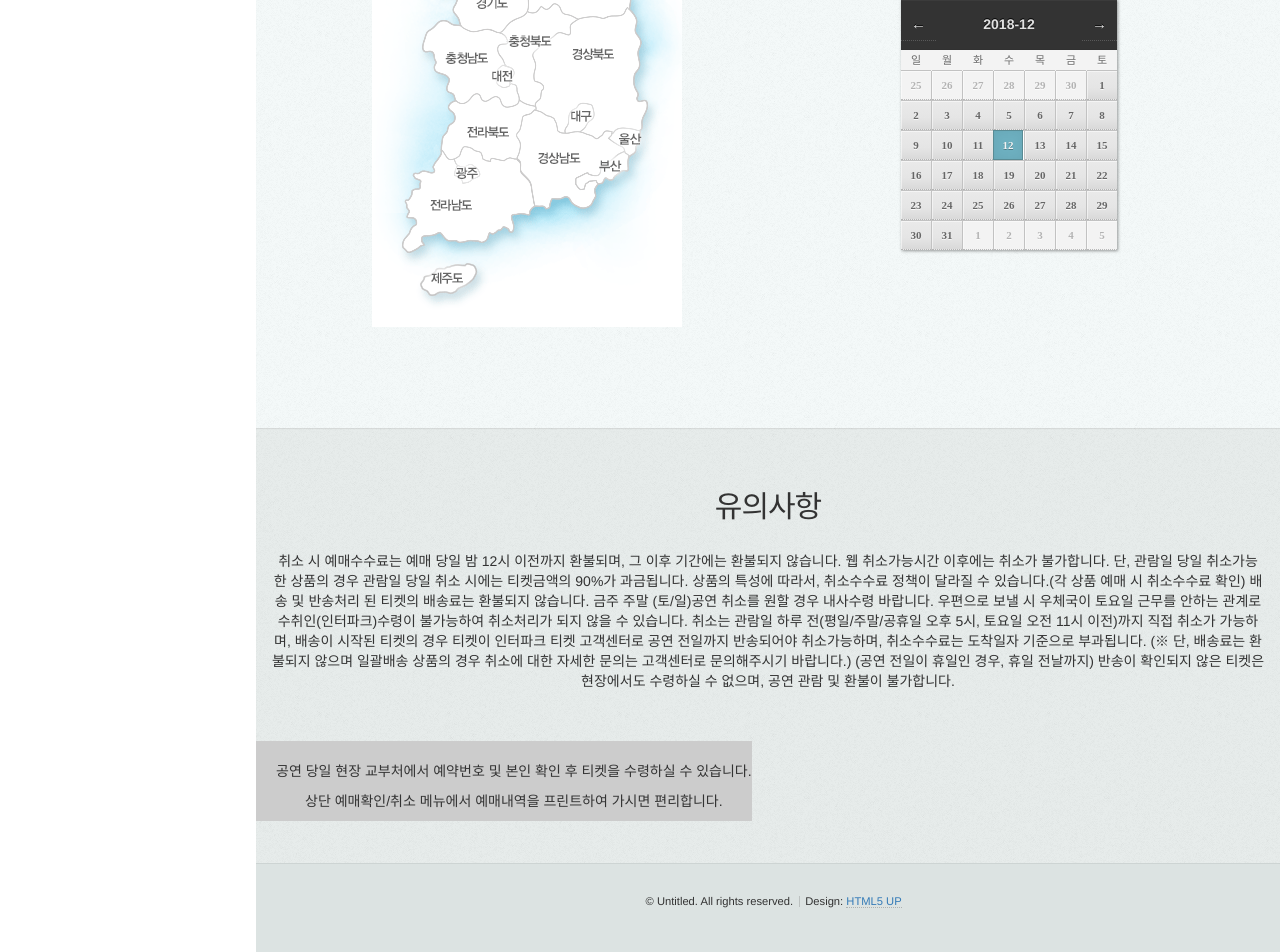
Repository: hj-jin/Theater
Page: http://localhost/SpringPRJ/WEB-INF/view/index.jsp
The author's editor kept a copy of each file at every save. The page is drawn from the files as they stood at one save, then again after the next save.
The browser window is 1280 px wide. The pictures show the part of the page from y = 721 to 1673 px (the page is 1673 px tall).
Some web fonts or font styles are not loaded; a fallback is used. Some web libraries are served in a nearby version. The page is served by Tomcat 9. Nobody is signed in. Other server files are loaded and not shown. The template is opened directly, without the code that normally fills it, so the values that code supplies are empty.

Above is the page before, as saved 2018-12-12 04:09:46.

### SpringPRJ/WebContent/WEB-INF/view/index.jsp
<%@ page language="java" contentType="text/html; charset=UTF-8"
    pageEncoding="UTF-8"%>
<%
	String elem = (String)request.getAttribute("elem");
%>
<html>
<!DOCTYPE HTML>
<!--
	Prologue by HTML5 UP
	html5up.net | @ajlkn
	Free for personal and commercial use under the CCA 3.0 license (html5up.net/license)
-->
<html>
		<!-- head -->
		<%@ include file="/WEB-INF/view/Head.jsp" %>
		<style>
		.Con_ST {
		    position: relative;
		    display: block;
		    width: 100%;
		    height: 328px;
		    overflow: hidden;
		    background: url(http://ticketimage.interpark.com/TicketImage/main/100506_sub/bg_t_play.jpg) top left no-repeat;
		}
		.Con_ST .wrap_Tview {
		    position: relative;
		    width: 900px;
		    margin-top: 44px;
		    margin-left: 56px;
		    display: block;
		}
		dl.Tview {
		    position: relative;
		    float: left;
		    width: 129px;
		    margin: 0 6px;
		    display: inline;
		    overflow: hidden;
		}
		dl.Tview dt.Tposter {
		    position: relative;
		    width: 129px;
		    height: 161px;
		}
		dl.Tview dt.Tposter a {
		    width: 129px;
		    height: 161px;
		    display: inline-block;
		}
		dl.Tview dt.Tposter .info {
		    position: absolute;
		    z-index: 10;
		    top: 118px;
		    left: 3px;
		    width: 123px;
		    height: 35px;
		    background: url(http://ticketimage.interpark.com/TicketImage/main/100506_sub/tp_bg_info.png);
		    cursor: pointer;
		}
		dl.Tview dt.Tposter .info .txt1 {
		    display: block;
		    color: #e7e7e7;
		    text-align: center;
		    font-size: 11px;
		    margin-top: 5px;
		    height: 13px;
		    overflow: hidden;
		}
		dl.Tview dt.Tposter .info .txt2 {
		    display: block;
		    color: #ffcfce;
		    text-align: center;
		    font-size: 11px;
		    margin-top: 0;
		    height: 14px;
		    overflow: hidden;
		}
		dl.Tview dd {
		    position: relative;
		    color: #fff;
		    text-align: center;
		    font-size: 11px;
		}
		dl.Tview dd span.txt1 {
		    display: block;
		    width: 129px;
		    height: 14px;
		    color: #FFF;
		    text-align: center;
		    font-size: 12px;
		    font-weight: bold;
		    letter-spacing: -0.1em;
		    overflow: hidden;
		    margin-top: 7px;
		}
		dl.Tview dd span.txt2 {
		    display: block;
		    color: #a0a0a0;
		    text-align: center;
		    font-size: 11px;
		    margin-top: 3px;
		    letter-spacing: -0.1em;
		    height: 12px;
		    overflow: hidden;
		}
		dl.Tview dd span.txt3 {
		    display: block;
		    color: #a0a0a0;
		    text-align: center;
		    font-size: 11px;
		    font-family: arial;
		    letter-spacing: 0;
		    height: 11px;
		    overflow: hidden;
		}

		</style>
		</head>
		<!-- head -->

		<!-- top -->
		<%@ include file="/WEB-INF/view/top.jsp" %>
		<!-- top -->


		<!-- Main -->
			<div id="main">

				<!-- Intro -->
					<section id="top" class="one dark cover" >
							<div class="Con_ST">
								<%=elem %>
							</div>
					</section>

				<!-- Portfolio -->
					<section id="portfolio" class="two">
						<div class="container">
							<header>
								<h3>지역별  / 날짜별 검색</h3>
							</header>
							<div class="col-sm-12">
								<div class="col-sm-6">
									<%@ include file="/WEB-INF/view//local/localSelect.jsp" %>
								</div>
								<div class="col-sm-6">
								<%@ include file="/WEB-INF/view//cal/calSelect.jsp" %>
								</div>

							</div>

						</div>
					</section>

				<!-- About Me -->
					<!-- <section id="about" class="three">
						<div class="container">

							<header>
								<h3>홍보 배너</h3>
							</header>


						</div>
					</section> -->

				<!-- Contact -->
					<section id="contact" class="four">
						<div class="container">

							<header>
								<h2>유의사항</h2>
							</header>

							<p>취소 시 예매수수료는 예매 당일 밤 12시 이전까지 환불되며, 그 이후 기간에는 환불되지 않습니다.
웹 취소가능시간 이후에는 취소가 불가합니다.
 단, 관람일 당일 취소가능 한 상품의 경우 관람일 당일 취소 시에는 티켓금액의 90%가 과금됩니다.
상품의 특성에 따라서, 취소수수료 정책이 달라질 수 있습니다.(각 상품 예매 시 취소수수료 확인)
배송 및 반송처리 된 티켓의 배송료는 환불되지 않습니다.
금주 주말 (토/일)공연 취소를 원할 경우 내사수령 바랍니다. 우편으로 보낼 시 우체국이 토요일 근무를 안하는 관계로 수취인(인터파크)수령이 불가능하여 취소처리가 되지 않을 수 있습니다.
취소는 관람일 하루 전(평일/주말/공휴일 오후 5시, 토요일 오전 11시 이전)까지 직접 취소가 가능하며, 배송이 시작된 티켓의 경우 티켓이 인터파크 티켓 고객센터로 공연 전일까지 반송되어야 취소가능하며, 취소수수료는 도착일자 기준으로 부과됩니다.
(※ 단, 배송료는 환불되지 않으며 일괄배송 상품의 경우 취소에 대한 자세한 문의는 고객센터로 문의해주시기 바랍니다.)
(공연 전일이 휴일인 경우, 휴일 전날까지) 반송이 확인되지 않은 티켓은 현장에서도 수령하실 수 없으며, 공연 관람 및 환불이 불가합니다.
<br />
<br />
<br />
<br />


</p>

								<div class="row">
									<div style="background-color:#cccccc">
										<p>
										공연 당일 현장 교부처에서 예약번호 및 본인 확인 후 티켓을 수령하실 수 있습니다.
										</p>
										<p>
											상단 예매확인/취소 메뉴에서 예매내역을 프린트하여 가시면 편리합니다.
										</p>
									</div>
								</div>

						</div>
					</section>

			</div>

		<!-- bottom -->

		<%@ include file="/WEB-INF/view/bottom.jsp" %>


	</body>
</html>

### SpringPRJ/WebContent/WEB-INF/view/Head.jsp
<%@page import="poly.util.CmmUtil"%>
<%@ page language="java" contentType="text/html; charset=UTF-8"
    pageEncoding="UTF-8"%>

		<head>
			<title>main</title>
			<meta charset="utf-8" />
			<meta name="viewport" content="width=device-width, initial-scale=1, user-scalable=no" />
			<link rel="stylesheet" href="/assets/css/main.css" />

		 	<!-- 부트스트랩 -->
			<!-- 합쳐지고 최소화된 최신 CSS -->
			<link rel="stylesheet" href="https://maxcdn.bootstrapcdn.com/bootstrap/3.3.2/css/bootstrap.min.css">
			<!-- 부가적인 테마 -->
			<link rel="stylesheet" href="https://maxcdn.bootstrapcdn.com/bootstrap/3.3.2/css/bootstrap-theme.min.css">
			<!-- jQuery (부트스트랩의 자바스크립트 플러그인을 위해 필요합니다) -->
			<script src="https://ajax.googleapis.com/ajax/libs/jquery/1.11.2/jquery.min.js">
			<!-- 합쳐지고 최소화된 최신 자바스크립트 -->
			<script src="https://maxcdn.bootstrapcdn.com/bootstrap/3.3.2/js/bootstrap.min.js"></script>
			<!-- 부트스트랩 -->

			<%
				String userSeq = CmmUtil.nvl((String)session.getAttribute("userSeq"));
				String email = CmmUtil.nvl((String)session.getAttribute("email"));
				String name = CmmUtil.nvl((String)session.getAttribute("name"));
				String hp = CmmUtil.nvl((String)session.getAttribute("hp"));
				String birth = CmmUtil.nvl((String)session.getAttribute("birth"));
				String gender = CmmUtil.nvl((String)session.getAttribute("gender"));
			%>

### SpringPRJ/WebContent/WEB-INF/view/top.jsp
<%@ page language="java" contentType="text/html; charset=UTF-8"
    pageEncoding="UTF-8"%>

		<body class="is-preload">


		<!-- Header -->
			<div id="header">

				<div class="top">

					<!-- Logo -->
						<div id="logo" onclick="location.href='/main.do'">
							<span class="image avatar48"><img src="/assets/images/avatar.jpg" alt="" /></span>
							<h1 id="title">LOGO</h1>
							<p>Hyperspace Engineer</p>
						</div>

					<!-- Nav -->
						<nav id="nav" style="position:relative;">
							<ul>
								<li style="height:50px;">
									<%if(session.getAttribute("userSeq") != null){ %>
										<p><%=session.getAttribute("name") %>님
										<button type="button" class="btn btn-default" onclick="location.href='/user/Logout.do'">로그아웃</button></p>
									<%}else{ %>
										<a href="" id="contact-link"><span class="icon fa-envelope">로그인</span></a>
										<!-- 로그인 클릭  -->
										<div style="width:100%; cursor:pointer; border:1px solid #cccccc; background-color:rgba(255,255,255,0); position:absolute; height:50px; top:0px;" onclick="location.href='/user/userLogin.do'">
										&nbsp;
										</div>
									<%} %>
								</li>
								<li style="height:50px;"><a href="#top" id="top-link"><span class="icon fa-home">지역/날짜별 검색</span></a></li>
								<li style="height:50px;"><a href="" id="portfolio-link"><span class="icon fa-th">자막제공</span></a></li>
								<li style="height:50px;"><a href="#about" id="about-link"><span class="icon fa-user">공연장</span></a></li>
								<li style="height:50px;"><a href="" id="contact-link"><span class="icon fa-user">게시판</span></a></li>
								<li style="height:50px;"><a href="" id="contact-link"><span class="icon fa-user">회원목록</span></a></li>
							</ul>


							<!-- 지역/날짜 별 클릭  -->
							<div style="width:100%; cursor:pointer; border:1px solid #cccccc; background-color:rgba(255,255,255,0); position:absolute; height:50px; bottom:200px;" onclick="location.href='/main.do'">
							&nbsp;
							</div>
							<!-- 자막제공 클릭  -->
							<div style="width:100%; cursor:pointer; border:1px solid #cccccc; background-color:rgba(255,255,255,0); position:absolute; height:50px; bottom:150px;" onclick="location.href='/speech/speechGetText.do'">
							&nbsp;
							</div>
							<!-- 공연장 클릭  -->
							<div style="width:100%; cursor:pointer; border:1px solid #cccccc; background-color:rgba(255,255,255,0); position:absolute; height:50px; bottom:100px;" onclick="location.href='/theater/theaterSelect.do'">
							&nbsp;
							</div>
							<!-- 게시판 클릭  -->
							<div style="width:100%; cursor:pointer; border:1px solid #cccccc; background-color:rgba(255,255,255,0); position:absolute; height:50px; bottom:50px;" onclick="location.href='/notice/noticeList.do'">
							&nbsp;
							</div>
							<!-- 회원목록 클릭  -->
							<div style="width:100%; cursor:pointer; border:1px solid #cccccc; background-color:rgba(255,255,255,0); position:absolute; height:50px; bottom:0px;" onclick="location.href='/user/userList.do'">
							&nbsp;
							</div>

						</nav>

				</div>

				<div class="bottom">

					<!-- Social Icons -->
						<ul class="icons">
							<li><a href="#" class="icon fa-twitter"><span class="label">Twitter</span></a></li>
							<li><a href="#" class="icon fa-facebook"><span class="label">Facebook</span></a></li>
							<li><a href="#" class="icon fa-github"><span class="label">Github</span></a></li>
							<li><a href="#" class="icon fa-dribbble"><span class="label">Dribbble</span></a></li>
							<li><a href="#" class="icon fa-envelope"><span class="label">Email</span></a></li>
						</ul>

				</div>
			</div>



			 <!-- Scripts -->
			<script src="/assets/js/jquery.min.js"></script>
			<script src="/assets/js/jquery.scrolly.min.js"></script>
			<script src="/assets/js/jquery.scrollex.min.js"></script>
			<script src="/assets/js/browser.min.js"></script>
			<script src="/assets/js/breakpoints.min.js"></script>
			<script src="/assets/js/util.js"></script>
			<script src="/assets/js/main.js"></script>

### SpringPRJ/WebContent/WEB-INF/view/local/localSelect.jsp
<%@ page language="java" contentType="text/html; charset=UTF-8"
    pageEncoding="UTF-8"%>
<!DOCTYPE html PUBLIC "-//W3C//DTD HTML 4.01 Transitional//EN" "http://www.w3.org/TR/html4/loose.dtd">


<div>
<img src="/assets/images/locMap.gif" usemap="#LeftAreaMap">
	<map name="LeftAreaMap" id="LeftAreaMap">
		<area name="rect" coords="97,112,117,121" href="/local/localSelect.do?sidoCode=11"><!-- 서울11 o-->
		<area name="rect" coords="171,100,246,144" href="/local/localSelect.do?sidoCode=42"><!-- 강원 42-->
		<area name="rect" coords="58,101,83,118" href="/local/localSelect.do?sidoCode=28"><!-- 인천 28-->
		<area name="rect" coords="98,135,139,152" href="/local/localSelect.do?sidoCode=41"><!-- 경기 41 o-->
		<area name="rect" coords="134,171,181,191" href="/local/localSelect.do?sidoCode=43"><!-- 충북 43 -->
		<area name="rect" coords="70,187,117,203" href="/local/localSelect.do?sidoCode=44"><!-- 충남 44-->
		<area name="rect" coords="121,209,145,226" href="/local/localSelect.do?sidoCode=30"><!-- 대전30 o-->
		<area name="rect" coords="194,183,255,210" href="/local/localSelect.do?sidoCode=47"><!-- 경북 47-->
		<area name="rect" coords="196,246,221,265" href="/local/localSelect.do?sidoCode=27"><!-- 대구 27 o-->
		<area name="rect" coords="243,270,269,288" href="/local/localSelect.do?sidoCode=31"><!-- 울산 31 -->
		<area name="rect" coords="224,296,253,320" href="/local/localSelect.do?sidoCode=26"><!-- 부산 26 o-->
		<area name="rect" coords="163,286,209,305" href="/local/localSelect.do?sidoCode=48"><!-- 경남 48 o 창원 -->
		<area name="rect" coords="93,260,144,283" href="/local/localSelect.do?sidoCode=45"><!-- 전북 45 o 전주-->
		<area name="rect" coords="83,303,108,320" href="/local/localSelect.do?sidoCode=29"><!-- 광주 29 o -->
		<area name="rect" coords="54,335,110,370" href="/local/localSelect.do?sidoCode=46"><!-- 전남 46-->
		<area name="rect" coords="55,410,101,427" href="/local/localSelect.do?sidoCode=50"><!-- 제주 50 o -->

	</map>
</div>

### SpringPRJ/WebContent/WEB-INF/view/cal/calSelect.jsp
<%@page import="java.util.Calendar"%>
<%@ page language="java" contentType="text/html; charset=UTF-8"
    pageEncoding="UTF-8"%>
<!DOCTYPE html PUBLIC "-//W3C//DTD HTML 4.01 Transitional//EN" "http://www.w3.org/TR/html4/loose.dtd">

	<link rel="stylesheet" href="/assets/css/calStyle.css"/>
	<script type="text/javascript" src="/assets/js/calendar.js"></script>

	<div class="jquery-calendar"></div>
	<script>
	function day(){
		var year = $('table.cal>caption').find('span.month').text();
		var day = $('table.cal>tbody>tr').find('td.active').text();

		if(day < 10){
			day = '0' + day;
		}
		year = year.replace("-","");

		var stdate = year + day ;
//		alert("stdate() : " + stdate);
		location.href="/cal/calSelect.do?stdate=" +stdate;
	}
	</script>

### SpringPRJ/WebContent/WEB-INF/view/bottom.jsp
<%@ page language="java" contentType="text/html; charset=UTF-8"
    pageEncoding="UTF-8"%>


   	 <!-- Footer -->
			<div id="footer">

				<!-- Copyright -->
					<ul class="copyright">
						<li>&copy; Untitled. All rights reserved.</li><li>Design: <a href="http://html5up.net">HTML5 UP</a></li>
					</ul>

			</div>

### SpringPRJ/src/poly/util/CmmUtil.java
package poly.util;

public class CmmUtil {
	public static String nvl(String str, String chg_str) {
		String res;

		if (str == null) {
			res = chg_str;
		} else if (str.equals("")) {
			res = chg_str;
		} else {
			res = str;
		}
		return res;
	}

	public static String nvl(String str){
		return nvl(str,"");
	}

	public static String checked(String str, String com_str){
		if(str.equals(com_str)){
			return " checked";
		}else{
			return "";
		}
	}

	public static String checked(String[] str, String com_str){
		for(int i=0;i<str.length;i++){
			if(str[i].equals(com_str))
				return " checked";
		}
		return "";
	}

	public static String select(String str,String com_str){
		if(str.equals(com_str)){
			return " selected";
		}else{
			return "";
		}
	}
}

### SpringPRJ/WebContent/assets/css/calStyle.css
.picker-container {
position: absolute;
z-index: 99;

}


.cal {
background-color: white;
display: block;
width: 216px;
-webkit-box-shadow: 1px 1px 3px rgba(0, 0, 0, 0.4);
box-shadow: 1px 1px 3px rgba(0, 0, 0, 0.4);
border-collapse: collapse;
border-spacing: 0;
}

.cal a {
text-decoration: none;
}

.cal tr, .cal th, .cal td {
margin: 0;
padding: 0;
border: 0;
font-size: 100%;
font: inherit;
vertical-align: baseline;
}

.cal caption {
line-height: 32px;
font-weight: bold;
color: #e2e2e2;
text-align: center;
text-shadow: 0 -1px black;
background: #333;
//background: rgba(0, 0, 0, 0.35);
border-top: 1px solid #333;
border-bottom: 1px solid #313131;
-webkit-box-shadow: inset 0 1px rgba(255, 255, 255, 0.04);
box-shadow: inset 0 1px rgba(255, 255, 255, 0.04);
}
.cal caption a {
display: block;
line-height: 32px;
padding: 0 10px;
font-size: 15px;
color: #e2e2e2;
}
.cal caption a:hover {
color: white;
}
.cal caption .prev {
float: left;
}
.cal caption .next {
float: right;
}
.cal th, .cal td {
width: 30px;
text-align: center;
text-shadow: 0 1px rgba(255, 255, 255, 0.8);
font-family:'malgun gothic';
}
.cal th:first-child, .cal td:first-child {
border-left: 0;
}
.cal th {
line-height: 20px;
font-size: 11px;
color: #696969;
text-transform: uppercase;
background: #f3f3f3;
border-left: 1px solid #f3f3f3;
}
.cal td {
font-size: 11px;
font-weight: bold;
border-top: 1px solid #c2c2c2;
border-left: 1px solid #c2c2c2;
}
.cal td a {
clear: both;
display: block;
position: relative;
width: 30px;
line-height: 28px;
color: #666;
background-image: -webkit-linear-gradient(top, #eaeaea, #e5e5e5 60%, #d9d9d9);
background-image: -moz-linear-gradient(top, #eaeaea, #e5e5e5 60%, #d9d9d9);
background-image: -o-linear-gradient(top, #eaeaea, #e5e5e5 60%, #d9d9d9);
background-image: linear-gradient(to bottom, #eaeaea, #e5e5e5 60%, #d9d9d9);
-webkit-box-shadow: inset 1px 1px rgba(255, 255, 255, 0.5);
box-shadow: inset 1px 1px rgba(255, 255, 255, 0.5);
}
.cal td a:hover, .cal td.off a {
background: #f3f3f3;
}
.cal td.off a {
color: #b3b3b3;
}
.cal td.active a, .cal td a:active {
margin: -1px;
color: #f3f3f3;
text-shadow: 0 1px rgba(0, 0, 0, 0.3);
background: #6dafbf;
border: 1px solid #598b94;
-webkit-box-shadow: inset 0 0 10px rgba(0, 0, 0, 0.05);
box-shadow: inset 0 0 10px rgba(0, 0, 0, 0.05);
}
.cal td.active:first-child a, .cal td:first-child a:active {
border-left: 0;
margin-left: 0;
}
.cal td.active:last-child a, .cal td:last-child a:active {
border-right: 0;
margin-right: 0;
}
.cal tr:last-child td.active a, .cal tr:last-child td a:active {
border-bottom: 0;
margin-bottom: 0;
}

Loaded but not shown: SpringPRJ/WebContent/assets/js/jquery.min.js (library); SpringPRJ/WebContent/assets/js/jquery.scrolly.min.js (common file); SpringPRJ/WebContent/assets/css/font-awesome.min.css (library); SpringPRJ/WebContent/assets/js/jquery.scrollex.min.js (common file); SpringPRJ/WebContent/assets/js/browser.min.js (common file); SpringPRJ/WebContent/assets/js/breakpoints.min.js (common file); SpringPRJ/WebContent/assets/js/util.js (587 lines, source omitted); SpringPRJ/WebContent/assets/js/calendar.js (187 lines, source omitted); SpringPRJ/WebContent/assets/js/main.js (123 lines, source omitted); SpringPRJ/WebContent/assets/css/main.css (2611 lines, source omitted)

After the next save:
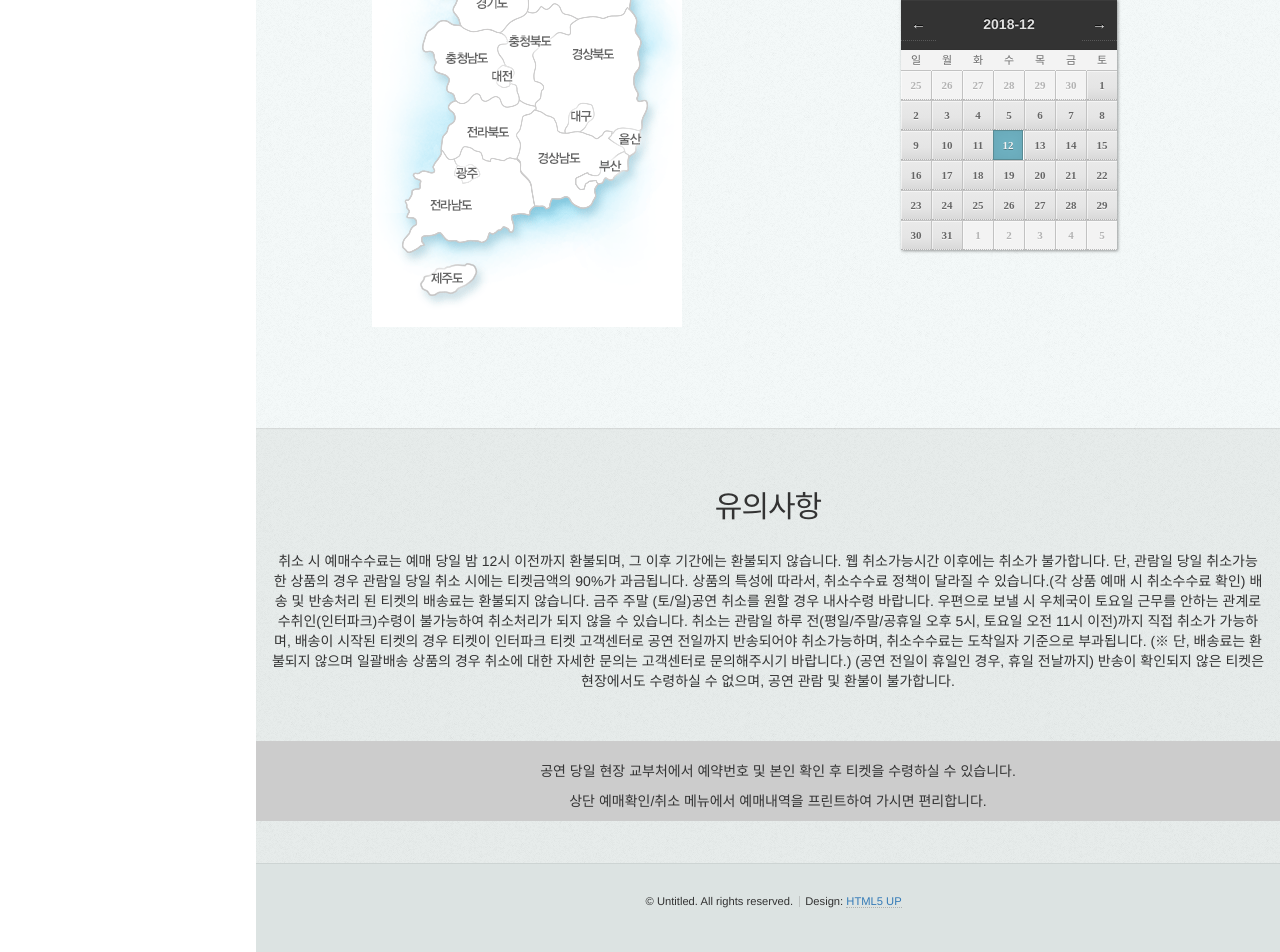
Saved 16 s later.
--- a/SpringPRJ/WebContent/WEB-INF/view/index.jsp
+++ b/SpringPRJ/WebContent/WEB-INF/view/index.jsp
@@ -190,7 +190,7 @@
 </p>
 
 								<div class="row">
-									<div style="background-color:#cccccc">
+									<div style="background-color:#cccccc; width:100%;" >
 										<p>
 										공연 당일 현장 교부처에서 예약번호 및 본인 확인 후 티켓을 수령하실 수 있습니다.
 										</p>
